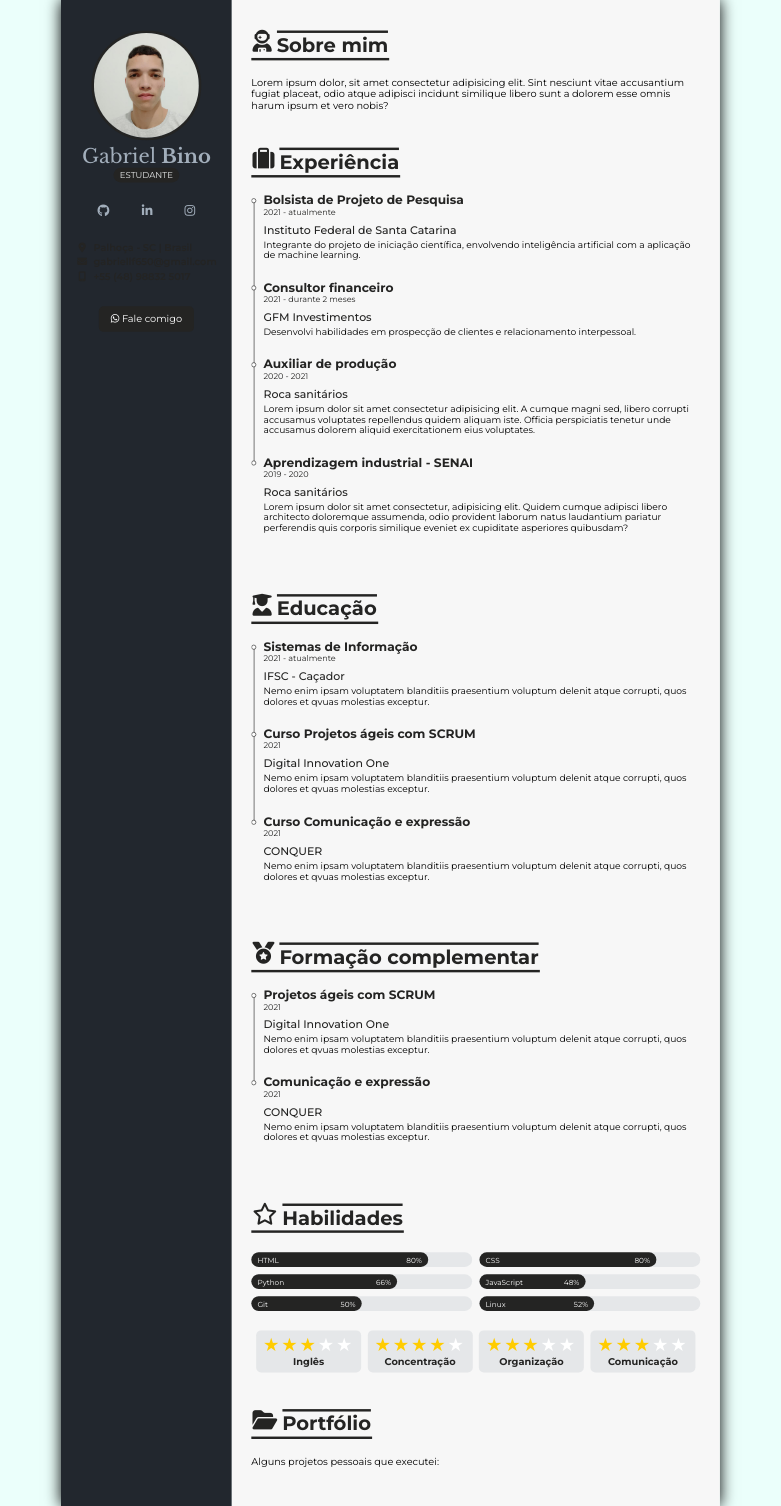
Repository: gabrielbino/curriculoResponsivo
Page: index.html
An editor plug-in stored every save of this project. The page is shown before and after the next save, followed by the edit.
The browser window is 1280 px wide. The pictures show the whole page, at 61% of full size.
Some web libraries are served in a nearby version.

Above is the page before, as saved 2021-10-19 22:32:11.

After the next save:
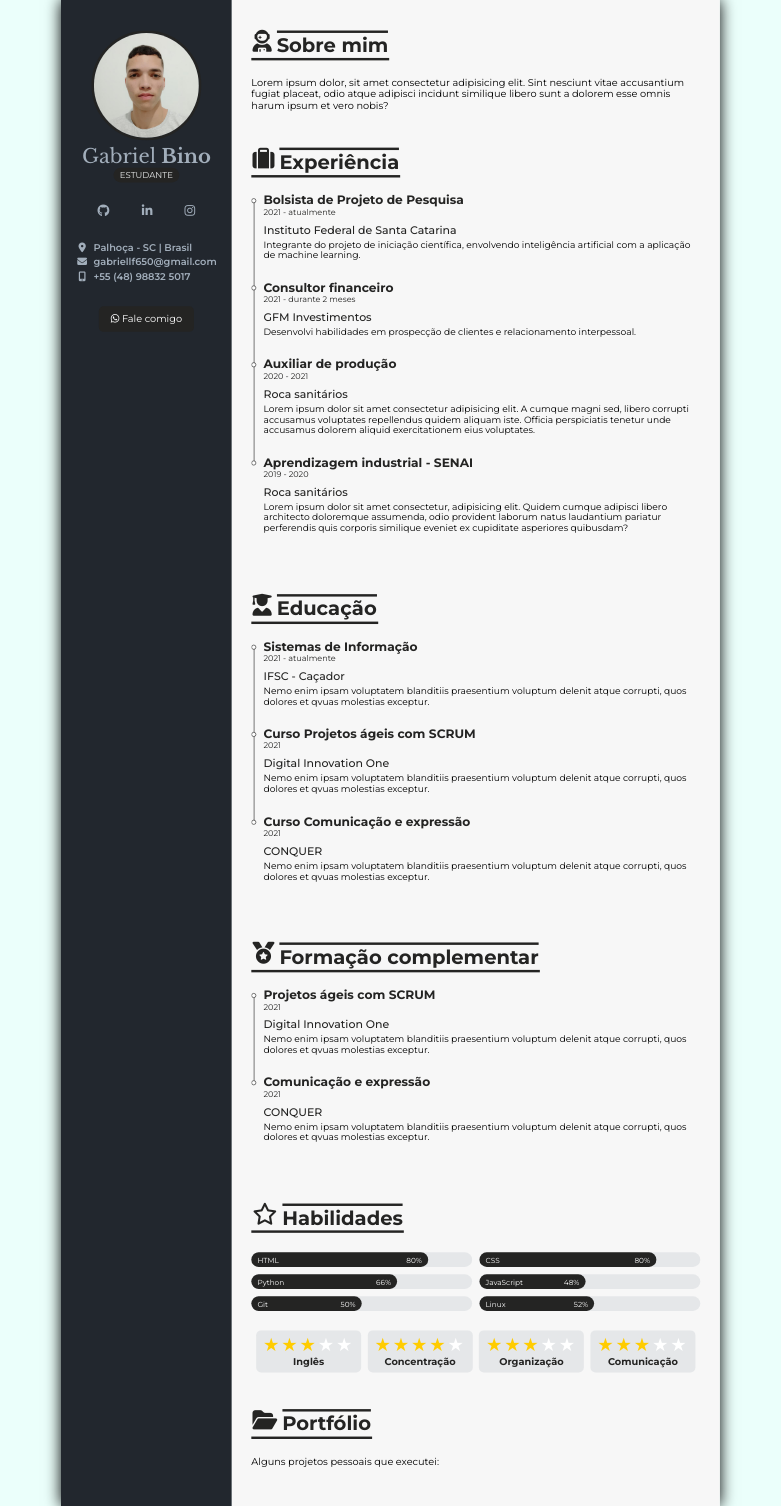
Saved 82 s later.
--- a/css/style.css
+++ b/css/style.css
@@ -90,7 +90,7 @@ aside {
 }
 
 .personal-data li {
-  color: #242423;
+  color: #a2aebb;
   font-weight: 600;
   line-height: 1.5;
 }
